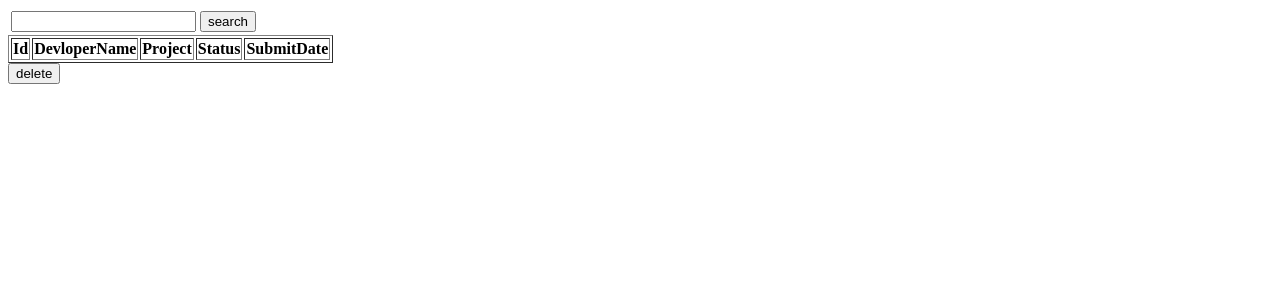
Repository: rish1208/Advance_java
Page: http://localhost/Use-case/DevListCtl
An editor plug-in stored every save of this project. The page is shown before and after the next save, followed by the edit.
The browser window is 1280 px wide. The pictures show the whole page.
The page is served by Tomcat 9. Queries for data that is not in the repository find no rows.

Above is the page before, as saved 2024-04-10 10:22:01.

After the next save:
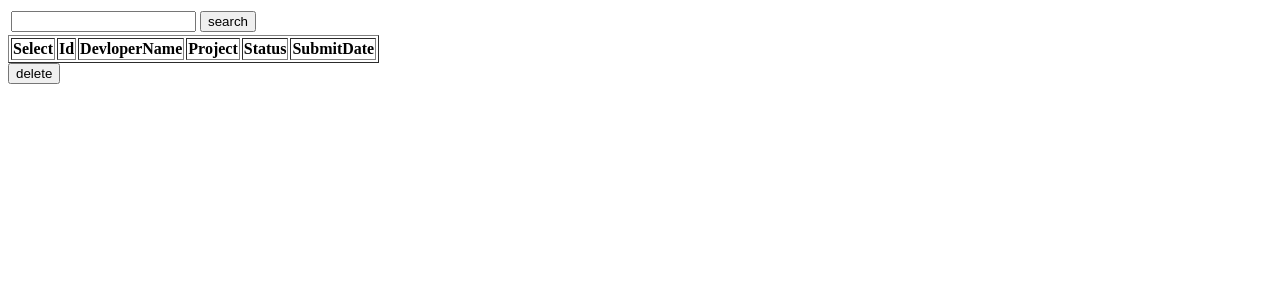
Saved 2 min 39 s later.
--- a/Advance java Workspace/Use-case/WebContent/DevloperListView.jsp
+++ b/Advance java Workspace/Use-case/WebContent/DevloperListView.jsp
@@ -26,7 +26,7 @@
 		</table>
 		<table border="1%">
 			<tr>
-
+				<th>Select</th>
 				<th>Id</th>
 				<th>DevloperName</th>
 				<th>Project</th>
